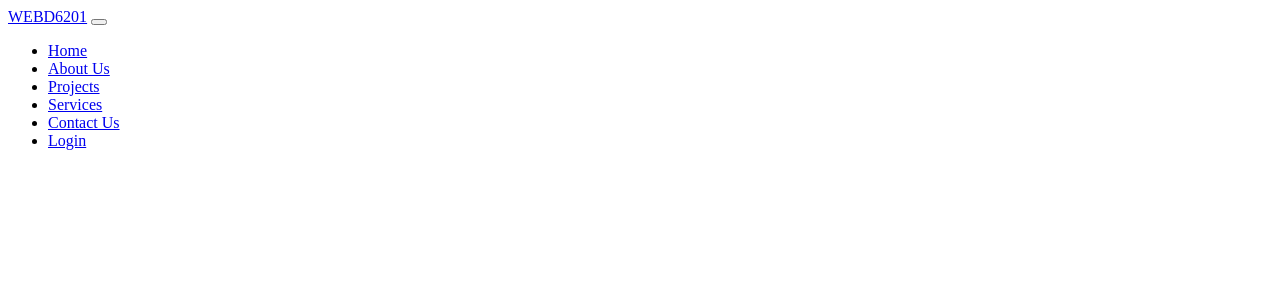
Repository: vans12345678/WEBD6201-W2021-Week7b
Page: views/content/login.html
An editor plug-in stored every save of this project. The page is shown before and after the next save, followed by the edit.
The browser window is 1280 px wide. The pictures show the whole page.

Above is the page before, as saved 2021-03-03 10:06:25.

### views/content/login.html
<nav class="navbar navbar-expand-lg navbar-dark bg-dark">
    <div class="container-fluid">
      <a class="navbar-brand" href="index.html">WEBD6201</a>
      <button class="navbar-toggler" type="button" data-bs-toggle="collapse" data-bs-target="#navbarSupportedContent" aria-controls="navbarSupportedContent" aria-expanded="false" aria-label="Toggle navigation">
        <span class="navbar-toggler-icon"></span>
      </button>
      <div class="collapse navbar-collapse" id="navbarSupportedContent">
        <ul class="navbar-nav me-auto mb-2 mb-lg-0">
          <li class="nav-item">
            <a class="nav-link" aria-current="page" href="index.html"><i class="fas fa-home fa-lg"></i> Home</a>
          </li>

          <li class="nav-item">
            <a class="nav-link" aria-current="page" href="about.html"><i class="fas fa-info fa-lg"></i> About Us</a>
          </li>

          <li class="nav-item">
            <a class="nav-link" aria-current="page" href="projects.html"><i class="fas fa-cog fa-lg"></i> Projects</a>
          </li>

          <li class="nav-item">
            <a class="nav-link" aria-current="page" href="services.html"><i class="fas fa-map fa-lg"></i> Services</a>
          </li>

          <li class="nav-item">
            <a class="nav-link" aria-current="page" href="contact.html"><i class="fas fa-phone fa-lg"></i> Contact Us</a>
          </li>

          <li id="login" class="nav-item">
            <a class="nav-link active" aria-current="page" href="login.html"><i class="fas fa-sign-in-alt"></i> Login</a>
          </li>
        </ul>
      </div>
    </div>
  </nav>

After the next save:
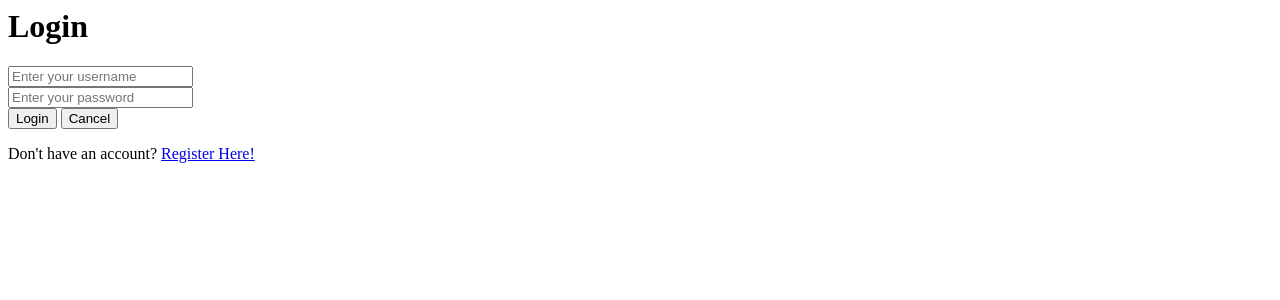
Saved 34 min 47 s later.
--- a/views/content/login.html
+++ b/views/content/login.html
@@ -1,35 +1,42 @@
-<nav class="navbar navbar-expand-lg navbar-dark bg-dark">
-    <div class="container-fluid">
-      <a class="navbar-brand" href="index.html">WEBD6201</a>
-      <button class="navbar-toggler" type="button" data-bs-toggle="collapse" data-bs-target="#navbarSupportedContent" aria-controls="navbarSupportedContent" aria-expanded="false" aria-label="Toggle navigation">
-        <span class="navbar-toggler-icon"></span>
-      </button>
-      <div class="collapse navbar-collapse" id="navbarSupportedContent">
-        <ul class="navbar-nav me-auto mb-2 mb-lg-0">
-          <li class="nav-item">
-            <a class="nav-link" aria-current="page" href="index.html"><i class="fas fa-home fa-lg"></i> Home</a>
-          </li>
+<div class="row">
+  <div class="offset-md-3 col-md-6 col-sm-12">
+        <div class="login" id="contentArea">
+            <h1 class="display-4">Login</h1>
+            <div id="messageArea"></div>
 
-          <li class="nav-item">
-            <a class="nav-link" aria-current="page" href="about.html"><i class="fas fa-info fa-lg"></i> About Us</a>
-          </li>
+            <form id="loginForm" novalidate>
+              <div class="form-group">
+                <div class="input-group">
+                  <span class="input-group-addon">
+                    <i class="fa fa-user">
+                    </i>
+                  </span>
+                  <input type="text" class="form-control" id="username" name="username"  required
+                  value="" placeholder="Enter your username">
+                </div>
+              </div>
 
-          <li class="nav-item">
-            <a class="nav-link" aria-current="page" href="projects.html"><i class="fas fa-cog fa-lg"></i> Projects</a>
-          </li>
+              <div class="form-group mb-2">
+                <div class="input-group">
+                  <span class="input-group-addon">
+                    <i class="fa fa-lock">
+                    </i>
+                  </span>
+                  <input type="password" class="form-control" id="password" name="password"  required
+                  value="" placeholder="Enter your password">
+                </div>
 
-          <li class="nav-item">
-            <a class="nav-link" aria-current="page" href="services.html"><i class="fas fa-map fa-lg"></i> Services</a>
-          </li>
+              </div>
+              <div class="text-end">
+                <button id="loginButton" type="button" class="btn btn-primary"><i class="fas fa-sign-in-alt"></i> Login</button>
+                <button id="cancelButton" type="button" class="btn btn-warning"><i class="fas fa-undo"></i> Cancel</button>
+              </div>
+            </form>
 
-          <li class="nav-item">
-            <a class="nav-link" aria-current="page" href="contact.html"><i class="fas fa-phone fa-lg"></i> Contact Us</a>
-          </li>
-
-          <li id="login" class="nav-item">
-            <a class="nav-link active" aria-current="page" href="login.html"><i class="fas fa-sign-in-alt"></i> Login</a>
-          </li>
-        </ul>
-      </div>
-    </div>
-  </nav>
+        </div>
+        <p class="text-center text-muted small">
+          Don't have an account?
+          <a href="register.html">Register Here!</a>
+        </p>
+  </div>
+</div>
